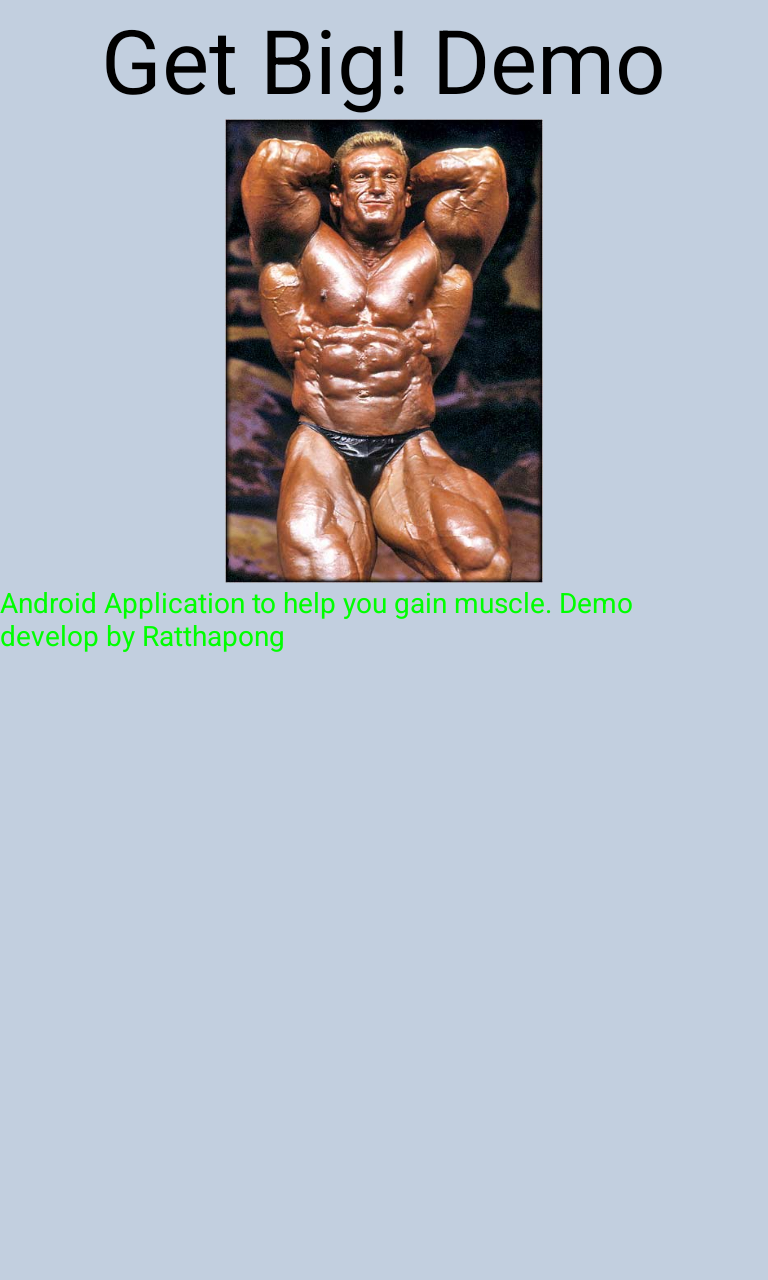
Repository: parinya1968/My-project
Layout: DroidWork/getBig/res/layout/main.xml
An editor plug-in stored every save of this project. The layout is shown before and after the next save, followed by the edit.
It is drawn on a 768 x 1280 px phone screen (xhdpi) without system bars, with theme android:Theme.Holo; the app's code is not run.

Above is the layout before, as saved 2012-06-18 12:47:52.

After the next save:
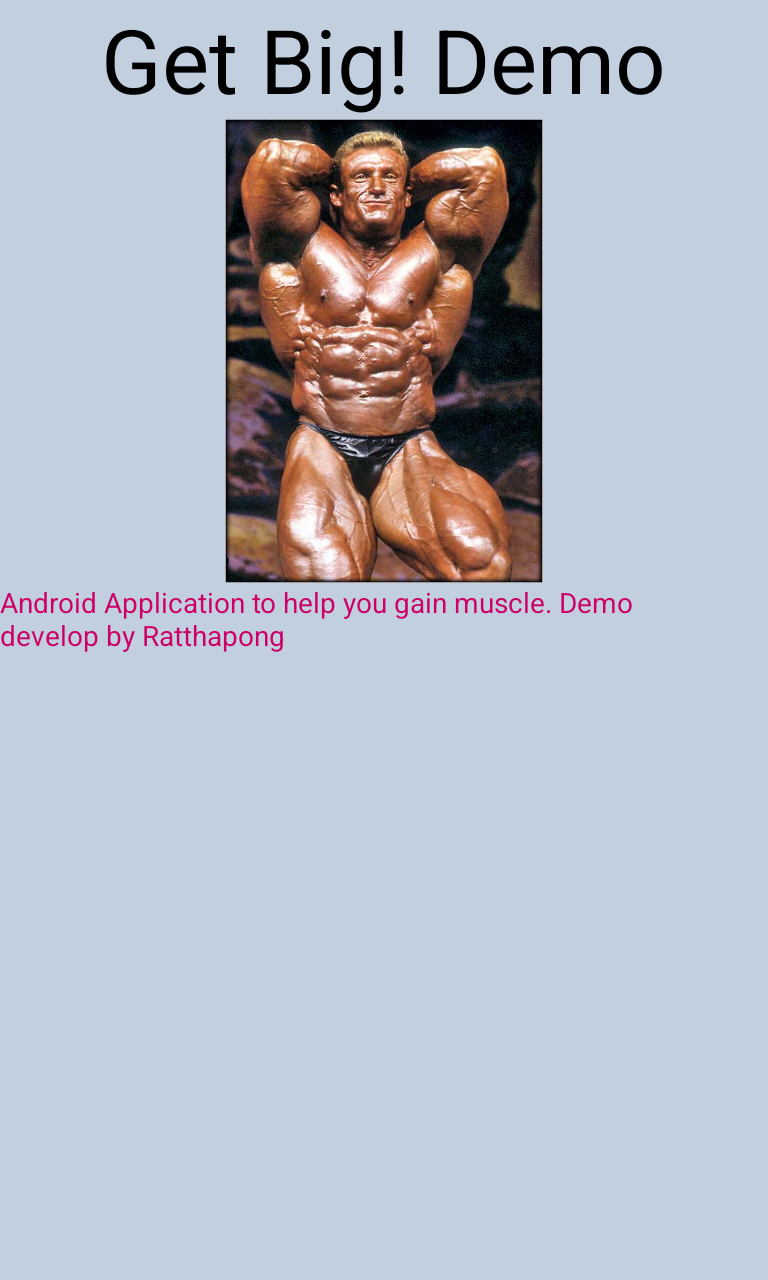
Saved 54 s later.
--- a/DroidWork/getBig/res/layout/main.xml
+++ b/DroidWork/getBig/res/layout/main.xml
@@ -36,5 +36,5 @@
         android:layout_width="345dp"
         android:layout_height="wrap_content"
         android:text="Android Application to help you gain muscle. Demo develop by Ratthapong"
-		android:textColor="#00FF00"/>
+		android:textColor="#CC0066"/>
 </LinearLayout>
